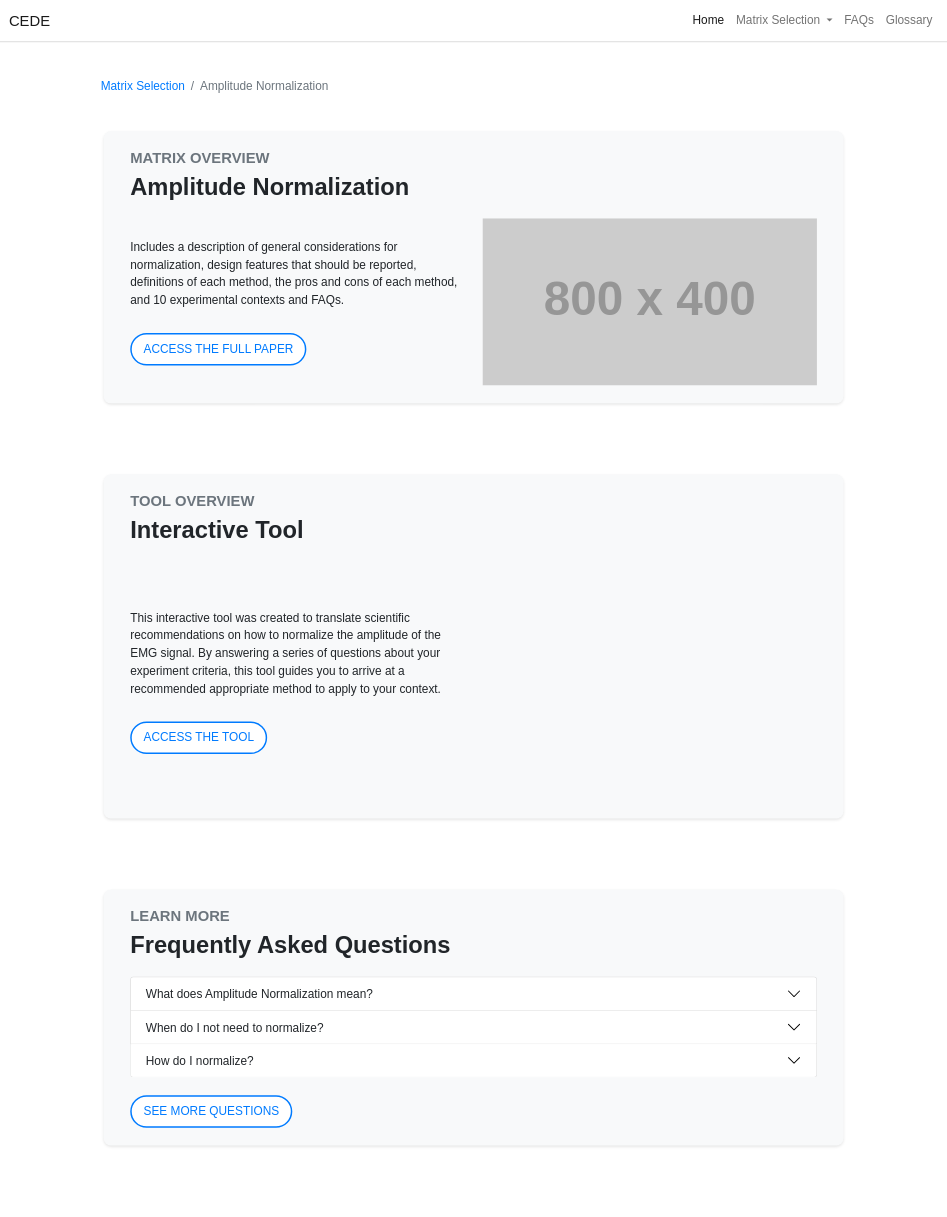
Repository: devashrisamani/CEDE-Website
Page: website/amplitude.html
An editor plug-in stored every save of this project. The page is shown before and after the next save, followed by the edit.
The browser window is 1280 px wide. The pictures show the whole page, at 74% of full size.
Pictures or frames that could not be fetched are drawn as grey boxes.

Above is the page before, as saved 2024-09-06 15:49:35.

### website/amplitude.html
<!DOCTYPE html>
<html lang="en">
  <head>
    <meta charset="UTF-8" />
    <meta name="viewport" content="width=device-width, initial-scale=1.0" />
    <title>Amplitude Normalization</title>
    <link
      href="https://cdn.jsdelivr.net/npm/bootstrap@5.1.3/dist/css/bootstrap.min.css"
      rel="stylesheet"
    />
    <link rel="stylesheet" href="styles.css" />
    <style>
      .breadcrumb {
        background-color: white;
        padding: 0;
        margin-bottom: 10px;
        padding-left: 42px;
      }

      .breadcrumb-item a {
        color: #007bff;
        text-decoration: none;
      }

      .breadcrumb-item a:hover {
        text-decoration: underline;
      }

      .content-container {
        background-color: #f8f9fa; /* Light grey background */
        border-radius: 10px;
        padding: 40px; /* Add padding inside the container */
        box-shadow: 0 2px 4px rgba(0, 0, 0, 0.1); /* Optional: adds subtle shadow */
        margin: 0 auto 96px auto; /* Center the container and add bottom margin */
        max-width: 1000px; /* Set a max-width */
      }

      .content-container h5 {
        font-size: 1.25rem;
        font-weight: 600;
        color: #6c757d; /* Light grey text color */
      }

      .content-container h3 {
        font-size: 2rem;
        font-weight: 700;
      }

      .content-container p {
        margin-bottom: 1rem;
        font-size: 1rem;
        line-height: 1.5;
      }

      .button-container {
        text-align: left;
        display: inline-block;
      }

      .button-container .btn {
        font-size: 1rem;
        padding: 0.5rem 1rem;
        border-radius: 25px;
        border: 2px solid #007bff;
        background-color: white;
        color: #007bff;
        text-transform: uppercase;
      }

      .button-container .btn:hover {
        background-color: #007bff;
        color: white;
      }

      .accordion-button::after {
        background-image: url('data:[embedded picture, 305 characters]');
        transform: rotate(0deg);
      }

      .accordion-button:not(.collapsed)::after {
        transform: rotate(180deg);
      }

      .accordion-button {
        font-size: 1rem;
        text-align: left;
        padding: 0.75rem 1.25rem;
      }

      .accordion-body {
        font-size: 1rem;
        text-align: left;
        padding: 0.75rem 1.25rem;
      }
    </style>
  </head>
  <body>
    <nav class="navbar navbar-expand-lg navbar-light bg-white">
      <div class="container-fluid">
        <a class="navbar-brand" href="index.html">CEDE</a>
        <button
          class="navbar-toggler"
          type="button"
          data-bs-toggle="collapse"
          data-bs-target="#navbarNavAltMarkup"
          aria-controls="navbarNavAltMarkup"
          aria-expanded="false"
          aria-label="Toggle navigation"
        >
          <span class="navbar-toggler-icon"></span>
        </button>
        <div
          class="collapse navbar-collapse justify-content-end"
          id="navbarNavAltMarkup"
        >
          <div class="navbar-nav">
            <a class="nav-link active" href="index.html">Home</a>
            <div class="nav-item dropdown">
              <a
                class="nav-link dropdown-toggle"
                href="#"
                id="matrixSelectionDropdown"
                role="button"
                data-bs-toggle="dropdown"
                aria-expanded="false"
              >
                Matrix Selection
              </a>
              <ul
                class="dropdown-menu"
                aria-labelledby="matrixSelectionDropdown"
              >
                <li>
                  <a class="dropdown-item" href="amplitude.html"
                    >Amplitude Normalization</a
                  >
                </li>
                <li>
                  <a class="dropdown-item" href="#">Electrode Selection</a>
                </li>
                <li><a class="dropdown-item" href="#">Terminology</a></li>
                <li>
                  <a class="dropdown-item" href="#"
                    >High-density surface electromyograph</a
                  >
                </li>
                <li><a class="dropdown-item" href="#">Single Motor Unit</a></li>
              </ul>
            </div>
            <a class="nav-link" href="faq.html">FAQs</a>
            <a class="nav-link" href="#">Glossary</a>
          </div>
        </div>
      </div>
    </nav>

    <div class="container mt-5 px-4">
      <nav aria-label="breadcrumb">
        <ol class="breadcrumb">
          <li class="breadcrumb-item">
            <a href="index.html">Matrix Selection</a>
          </li>
          <li class="breadcrumb-item active" aria-current="page">
            Amplitude Normalization
          </li>
        </ol>
      </nav>
    </div>

    <div class="content-container mt-5 p-4">
      <div class="container">
        <h5 class="text-uppercase text-muted">Matrix Overview</h5>
        <h3 class="text-left mb-4">Amplitude Normalization</h3>
        <div class="row align-items-center">
          <div class="col-md-6">
            <p class="lead">
              Includes a description of general considerations for
              normalization, design features that should be reported,
              definitions of each method, the pros and cons of each method, and
              10 experimental contexts and FAQs.
            </p>
            <div class="button-container mt-3">
              <a
                href="https://pubmed.ncbi.nlm.nih.gov/32569878/"
                class="btn btn-primary"
                target="_blank"
                >Access the Full Paper</a
              >
            </div>
          </div>
          <div class="col-md-6 text-center">
            <img
              src="https://via.placeholder.com/800x400"
              class="img-fluid"
              alt="Paper Placeholder"
            />
          </div>
        </div>
      </div>
    </div>

    <div class="content-container mt-5 p-4">
      <div class="container">
        <h5 class="text-uppercase text-muted">Tool Overview</h5>
        <h3 class="text-left mb-4">Interactive Tool</h3>
        <div class="row align-items-center">
          <div class="col-md-6">
            <p class="lead">
              This interactive tool was created to translate scientific
              recommendations on how to normalize the amplitude of the EMG
              signal. By answering a series of questions about your experiment
              criteria, this tool guides you to arrive at a recommended
              appropriate method to apply to your context.
            </p>
            <div class="button-container mt-3">
              <a href="inttool.html" class="btn btn-primary">Access the Tool</a>
            </div>
          </div>
          <div class="col-md-6 text-center">
            <iframe
              width="100%"
              height="315"
              src="https://www.youtube.com/embed/z9dAy-knQ2c?si=4CWu0IrgkxbjiLW-"
              title="YouTube video player"
              frameborder="0"
              allow="accelerometer; autoplay; clipboard-write; encrypted-media; gyroscope; picture-in-picture; web-share"
              referrerpolicy="strict-origin-when-cross-origin"
              allowfullscreen
            ></iframe>
          </div>
        </div>
      </div>
    </div>

    <div class="content-container mt-5 p-4">
      <div class="container">
        <h5 class="text-uppercase text-muted">Learn More</h5>
        <h3 class="text-left mb-4">Frequently Asked Questions</h3>
        <div class="accordion" id="faqAccordion">
          <div class="accordion-item">
            <h2 class="accordion-header" id="headingOne">
              <button
                class="accordion-button collapsed"
                type="button"
                data-bs-toggle="collapse"
                data-bs-target="#collapseOne"
                aria-expanded="true"
                aria-controls="collapseOne"
              >
                What does Amplitude Normalization mean?
              </button>
            </h2>
            <div
              id="collapseOne"
              class="accordion-collapse collapse"
              aria-labelledby="headingOne"
              data-bs-parent="#faqAccordion"
            >
              <div class="accordion-body">
                Amplitude normalization refers to...
              </div>
            </div>
          </div>
          <div class="accordion-item">
            <h2 class="accordion-header" id="headingTwo">
              <button
                class="accordion-button collapsed"
                type="button"
                data-bs-toggle="collapse"
                data-bs-target="#collapseTwo"
                aria-expanded="false"
                aria-controls="collapseTwo"
              >
                When do I not need to normalize?
              </button>
            </h2>
            <div
              id="collapseTwo"
              class="accordion-collapse collapse"
              aria-labelledby="headingTwo"
              data-bs-parent="#faqAccordion"
            >
              <div class="accordion-body">
                You do not need to normalize when...
              </div>
            </div>
          </div>
          <div class="accordion-item">
            <h2 class="accordion-header" id="headingThree">
              <button
                class="accordion-button collapsed"
                type="button"
                data-bs-toggle="collapse"
                data-bs-target="#collapseThree"
                aria-expanded="false"
                aria-controls="collapseThree"
              >
                How do I normalize?
              </button>
            </h2>
            <div
              id="collapseThree"
              class="accordion-collapse collapse"
              aria-labelledby="headingThree"
              data-bs-parent="#faqAccordion"
            >
              <div class="accordion-body">
                To normalize the EMG signal, you...
              </div>
            </div>
          </div>
        </div>
        <div class="button-container mt-4">
          <a href="faq.html" class="btn btn-primary">See More Questions</a>
        </div>
      </div>
    </div>

    <script src="https://cdn.jsdelivr.net/npm/bootstrap@5.1.3/dist/js/bootstrap.bundle.min.js"></script>
  </body>
</html>

### website/styles.css
body {
  font-family: Arial, sans-serif;
  margin: 0;
  padding: 0;
  background-color: #ffffff;
}

header {
  padding: 20px;
  text-align: center;
}

.navbar {
  border-bottom: 1px solid #cfcfcf;
  background-color: #ffffff;
}

.breadcrumb {
  background-color: white;
  padding: 0;
  margin-bottom: 20px;
}

.breadcrumb-item a {
  color: #007bff;
  text-decoration: none;
}

.breadcrumb-item a:hover {
  text-decoration: underline;
}

header h1 {
  margin: 0;
  color: #333;
}

header p {
  color: #666;
}

After the next save:
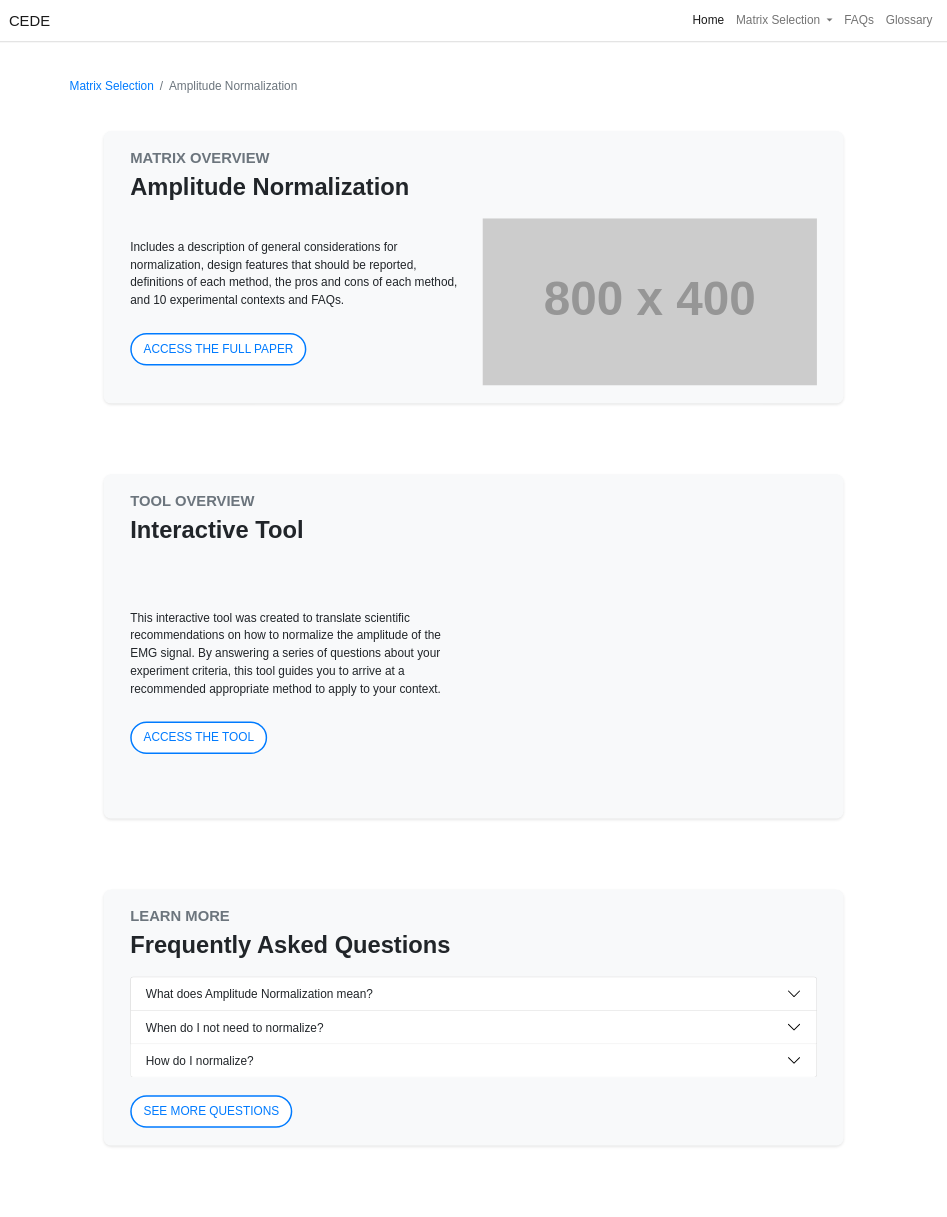
Saved 2 min 4 s later.
--- a/website/amplitude.html
+++ b/website/amplitude.html
@@ -10,7 +10,7 @@
     />
     <link rel="stylesheet" href="styles.css" />
     <style>
-      .breadcrumb {
+      /* .breadcrumb {
         background-color: white;
         padding: 0;
         margin-bottom: 10px;
@@ -24,7 +24,7 @@
 
       .breadcrumb-item a:hover {
         text-decoration: underline;
-      }
+      } */
 
       .content-container {
         background-color: #f8f9fa; /* Light grey background */

After the save that followed:
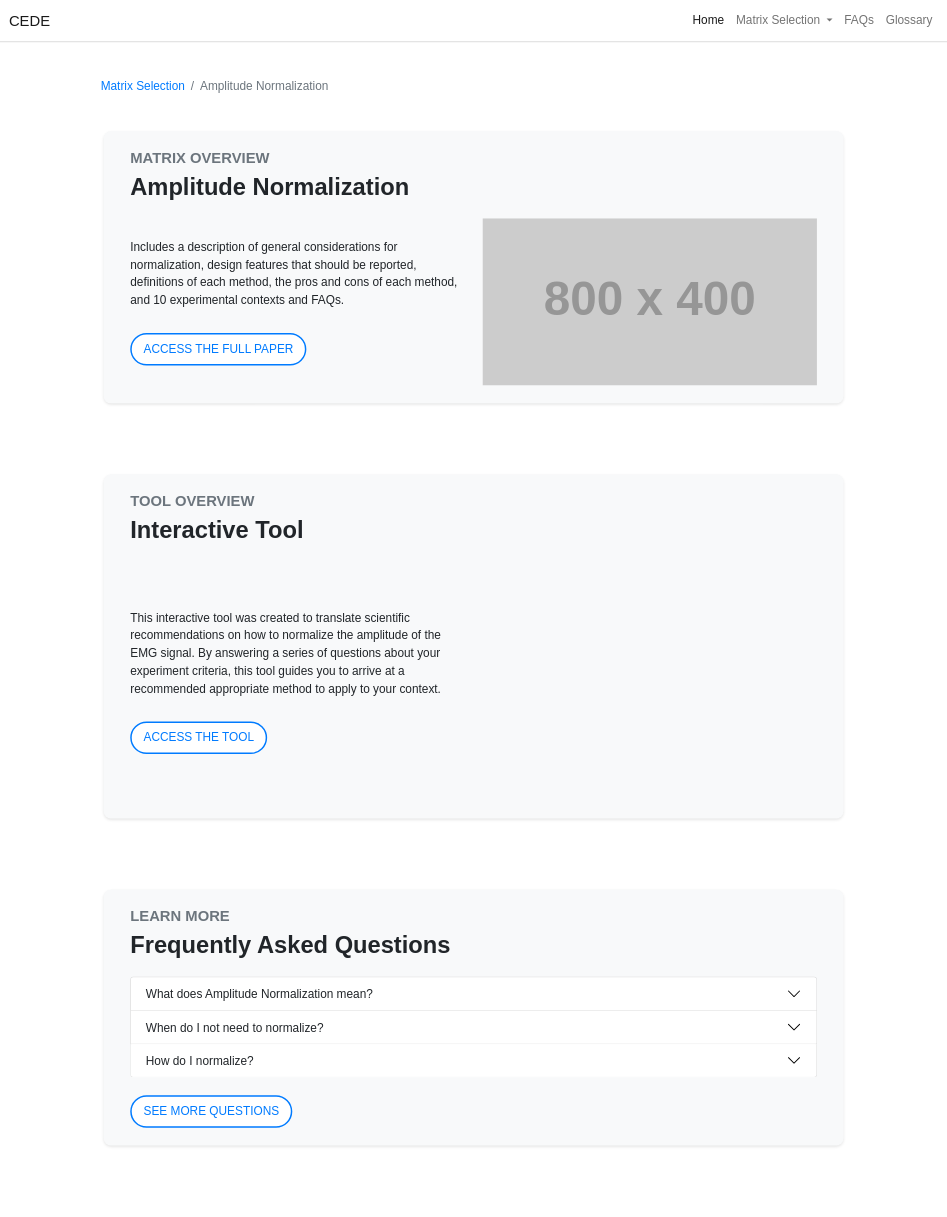
Saved 19 s later.
--- a/website/amplitude.html
+++ b/website/amplitude.html
@@ -10,7 +10,7 @@
     />
     <link rel="stylesheet" href="styles.css" />
     <style>
-      /* .breadcrumb {
+      .breadcrumb {
         background-color: white;
         padding: 0;
         margin-bottom: 10px;
@@ -24,7 +24,7 @@
 
       .breadcrumb-item a:hover {
         text-decoration: underline;
-      } */
+      }
 
       .content-container {
         background-color: #f8f9fa; /* Light grey background */
